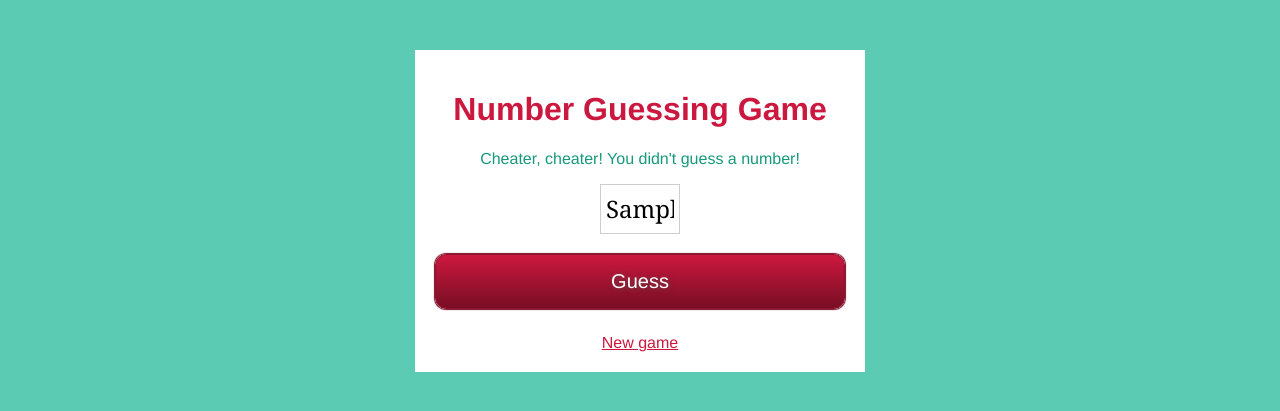
Repository: apopheny/JS230
Page: numberguesser.html
An editor plug-in stored every save of this project. The page is shown before and after the next save, followed by the edit.
The browser window is 1280 px wide. The pictures show the whole page.
Empty fields were first filled with sample values (such as "Sample", 5 or name@example.com).
After loading, the first visible `form` was submitted once.

Above is the page before, as saved 2024-01-25 18:20:36.

After the next save:
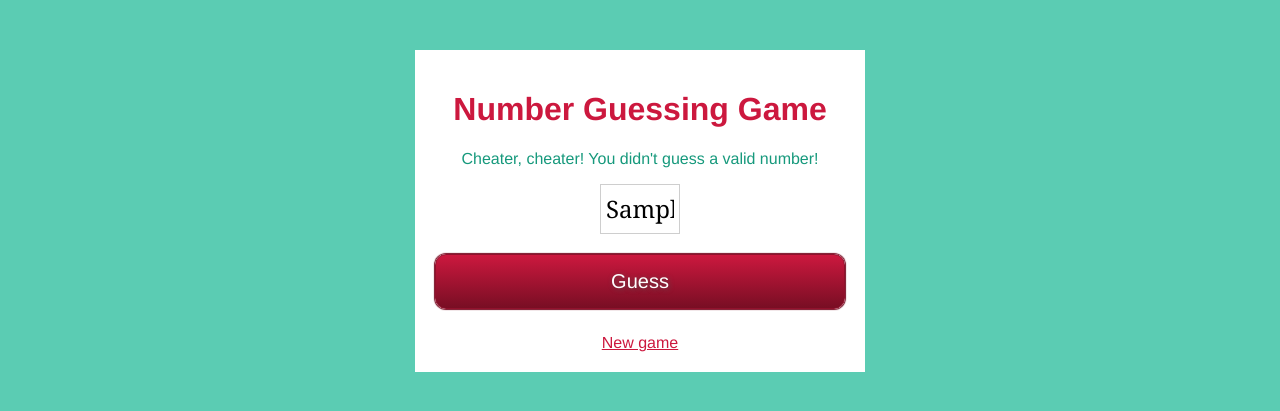
Saved 2 min 3 s later.
--- a/numberguesser.js
+++ b/numberguesser.js
@@ -4,7 +4,9 @@ function eventDelegator () {
   }
 
   function validateGuess (userInput) {
-    if (String(parseInt(userInput, 10)) === userInput) return true;
+    let guessNumber = parseInt(userInput, 10);
+    if (guessNumber > 100 || guessNumber < 100) return false;
+    if (String(guessNumber) === userInput) return true;
     return false;
   }
 
@@ -19,7 +21,7 @@ function eventDelegator () {
 
     let message;
 
-    if (!guess) message = 'Cheater, cheater! You didn\'t guess a number!';
+    if (!guess) message = 'Cheater, cheater! You didn\'t guess a valid number!';
     else if (guess === answer) message = 'You guessed it!';
     else if (guess < answer) message = `My number is higher than ${guess}`;
     else message = `My number is lower than ${guess}`;
